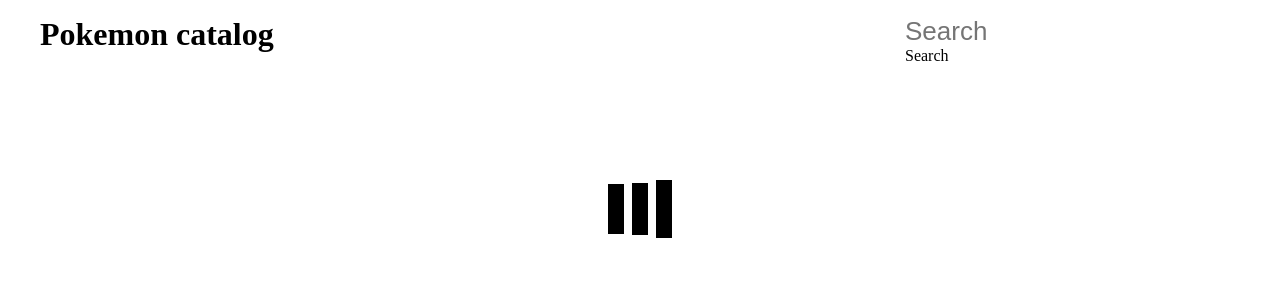
Repository: Ryszard-Penkala/pokemon-API
Page: index.html
An editor plug-in stored every save of this project. The page is shown before and after the next save, followed by the edit.
The browser window is 1280 px wide. The pictures show the whole page.
The page's requests for data from a server got no answer.

Above is the page before, as saved 2020-06-28 18:05:53.

After the next save:
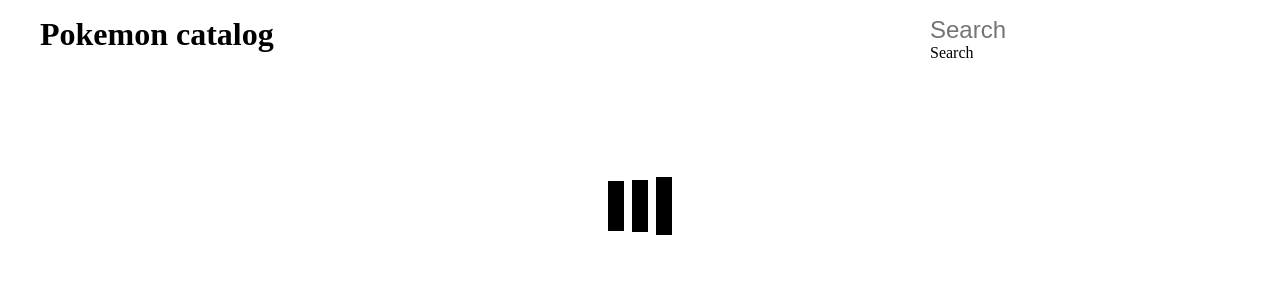
Saved 7 s later.
--- a/assets/styles/styles.css
+++ b/assets/styles/styles.css
@@ -30,7 +30,7 @@
 
 .header-main__searching{
   border: none;
-  font-size: 26px;
+  font-size: 24px;
 }
 
 .header-main__searching:active{
